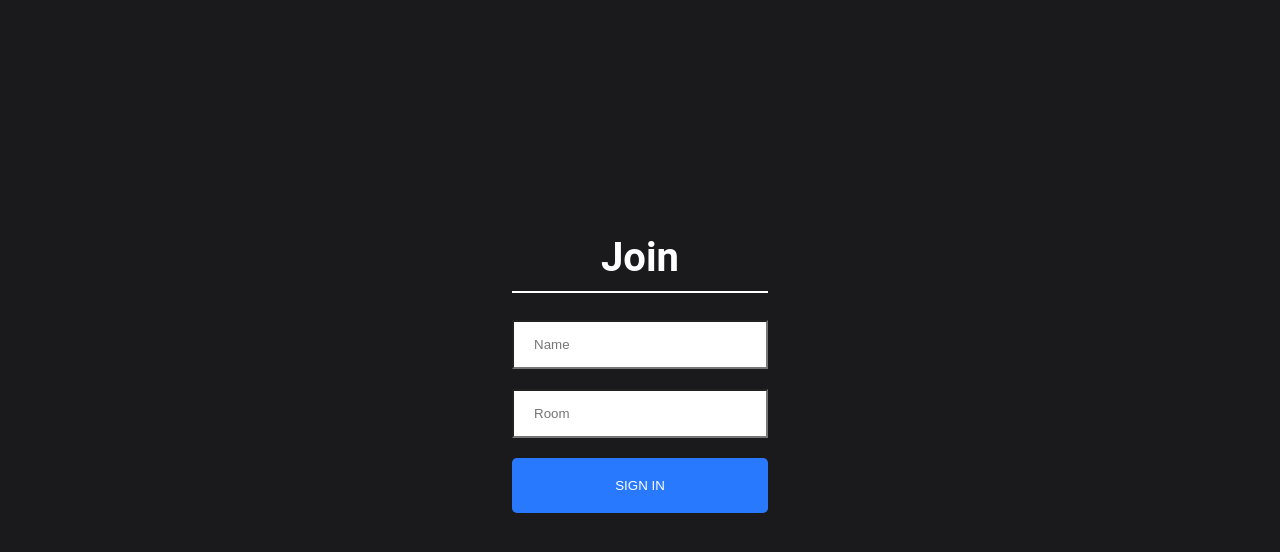
Repository: morela/chatApp
Page: / (app in client/)
The author's editor kept a copy of each file at every save. The page is drawn from the files as they stood at one save, then again after the next save.
The browser window is 1280 px wide. The pictures show the whole page.
The project was rebuilt for these pictures with package versions that can differ from the ones it lists, and the page was loaded fresh each time. Also part of the build but not shown: client/src/components/Chat/Chat.css, client/src/components/Chat/Chat.js.

Above is the page before, as saved 2021-02-13 20:41:48.

### client/src/index.js
import React from 'react'
import ReactDOM from 'react-dom'

import App from './App'

ReactDOM.render(<App />, document.querySelector('#root'));

### client/src/App.js
import React from 'react';

import {BrowserRouter as Router, Route} from 'react-router-dom'

import Join from './components/Join/Join'
import Chat from './components/Chat/Chat'

const App = () => (
<Router>
<Route path="/" exact component={Join} />
<Route path="/chat"  component={Chat} />
</Router>

);

export default App;

### client/src/components/Join/Join.js
import React, { useState } from "react";
import { Link } from "react-router-dom";

import "./Join.css";



const Join = () => {
  const { name, setName } = useState('');
  const { room, setRoom } = useState('');

  return (
    <div className="joinOuterContainer">
      <div className="joinInnerContainer">
        <h1 className="heading">Join</h1>

        <div>
          <input
            placeholder="Name"
            className="joinInput"
            type="text"
            onChange={(event) =>
              setName(event.target.value)}
          />
        </div>
        <div>
          <input
            placeholder="Room"
            className="joinInput mt-20"
            type="text"
            onChange={(event) => setRoom(event.target.value)}
          />
        </div>

        <Link
          onClick={(event) => (!name || !room ? event.preventDefault() : null)}
          to={`/chat?name=${name}&room=${room}`}
        >
          <button className="button mt-20" type="submit">
            Sign in
          </button>
        </Link>
      </div>
    </div>
  );
};

export default Join;

### client/src/components/Join/Join.css
html, body {
    font-family: 'Roboto', sans-serif;
    padding: 0;
    margin: 0;
  }

  #root {
    height: 100vh;
  }

  * {
    box-sizing: border-box;
  }

  .joinOuterContainer {
    display: flex;
    justify-content: center;
    text-align: center;
    height: 100vh;
    align-items: center;
    background-color: #1A1A1D;
  }

  .joinInnerContainer {
    width: 20%;
  }

  .joinInput {
    border-radius: 0;
    padding: 15px 20px;
    width: 100%;
  }

  .heading {
    color: white;
    font-size: 2.5em;
    padding-bottom: 10px;
    border-bottom: 2px solid white;
  }

  .button {
      color: #fff !important;
      text-transform: uppercase;
      text-decoration: none;
      background: #2979FF;
      padding: 20px;
      border-radius: 5px;
      display: inline-block;
      border: none;
      width: 100%;
  }

  .mt-20 {
    margin-top: 20px;
  }

  @media (min-width: 320px) and (max-width: 480px) {
    .joinOuterContainer {
      height: 100%;
    }}

Loaded but not shown: client/public/index.html (common file)

After the next save:
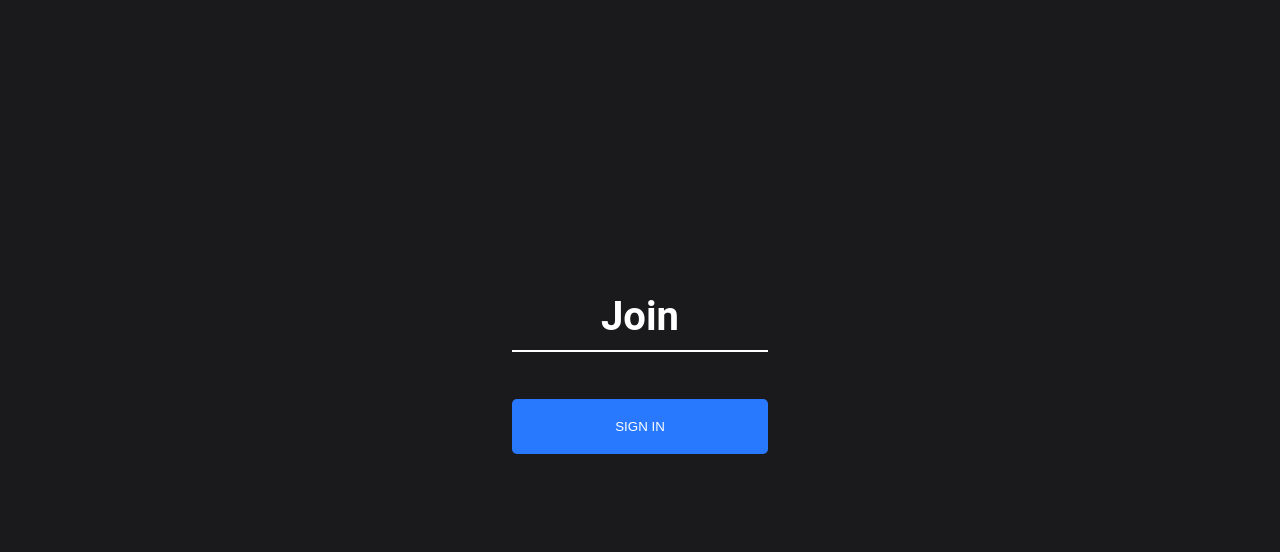
Saved 41 s later.
--- a/client/src/components/Join/Join.js
+++ b/client/src/components/Join/Join.js
@@ -14,23 +14,7 @@
       <div className="joinInnerContainer">
         <h1 className="heading">Join</h1>
 
-        <div>
-          <input
-            placeholder="Name"
-            className="joinInput"
-            type="text"
-            onChange={(event) =>
-              setName(event.target.value)}
-          />
-        </div>
-        <div>
-          <input
-            placeholder="Room"
-            className="joinInput mt-20"
-            type="text"
-            onChange={(event) => setRoom(event.target.value)}
-          />
-        </div>
+
 
         <Link
           onClick={(event) => (!name || !room ? event.preventDefault() : null)}

After the save that followed:
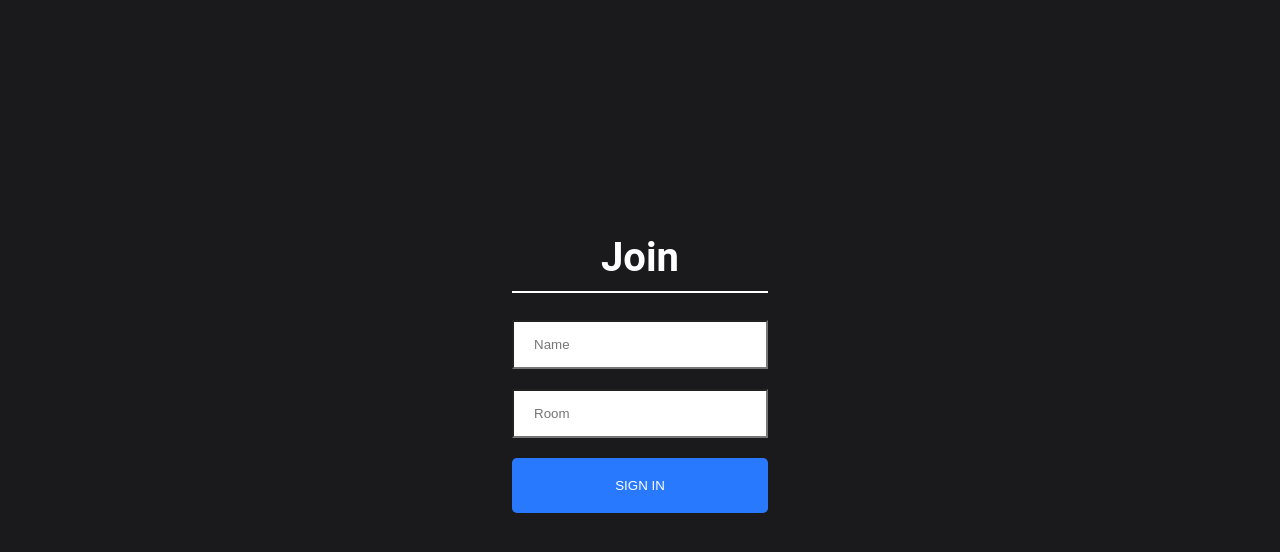
Saved 15 s later.
--- a/client/src/components/Join/Join.js
+++ b/client/src/components/Join/Join.js
@@ -14,7 +14,22 @@
       <div className="joinInnerContainer">
         <h1 className="heading">Join</h1>
 
+        <div>
+          <input
+            placeholder="Name"
+            className="joinInput"
+            type="text"
 
+          />
+        </div>
+        <div>
+          <input
+            placeholder="Room"
+            className="joinInput mt-20"
+            type="text"
+
+          />
+        </div>
 
         <Link
           onClick={(event) => (!name || !room ? event.preventDefault() : null)}
